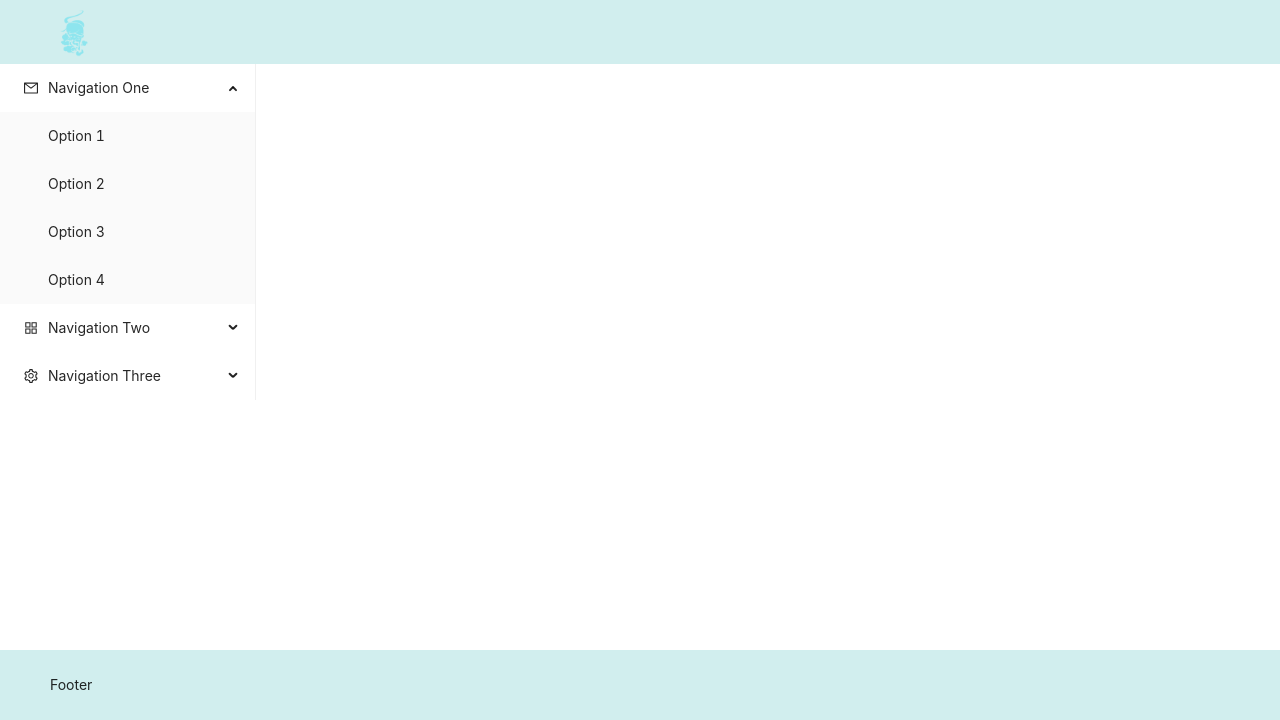
Repository: fangxueliang/react-redux-
Page: /
These files come from the project's save history. The page is drawn as it stood at one moment and after the next save; the edit follows.
The browser window is 1280 px wide. The pictures show the whole page.
The project was rebuilt for these pictures with package versions that can differ from the ones it lists, and the page was loaded fresh each time.

Above is the page before, as saved 2020-12-29 18:32:42.

### public/index.html
<!DOCTYPE html>
<html lang="en">
  <head>
    <meta charset="utf-8" />
    <meta name="theme-color" content="#000000" />
    <meta name="description" content="Web site created using create-react-app" />
    <title>React App</title>
  </head>
  <body>
    <div id="root"></div>
  </body>
</html>

### src/index.js
// 主入口文件
//主入口
import React from 'react';//引入react
import ReactDOM from 'react-dom';
import { Main } from './Pages';//引入Main文件

import 'antd/dist/antd.css'//antd样式
import './Common/CSS/layout.css'//布局样式

ReactDOM.render(
  <div style={{ width: '100%', height: '100%' }}>
    <Main />
  </div>,
  document.getElementById('root')
);

### src/Pages/index.js
import React, { useState } from 'react';
import { Layout } from 'antd'
import { MenuSider } from "./Menu/menu";
import { HeaderCommon } from "./Header/header";

const { Header, Footer, Content, Sider } = Layout
export const Main = () => {
    return (
        <Layout>
            <div className="Home_layout">
                {/* 头部header */}
                <Header> <HeaderCommon /> </Header>
                <Layout>
                    {/* 左侧导航Sider */}
                    <Sider>
                        <MenuSider />
                    </Sider>
                    {/* 主要内容Content */}
                    <Content> Content </Content>
                </Layout>
                {/* 底部footer */}
                <Footer> Footer </Footer>
            </div>
        </Layout>
    );
}

### src/Common/CSS/layout.css
/* 布局样式  */
.Home_layout .ant-layout-header {
    background: #D1EEEE;
}

.Home_layout .ant-layout-footer {
    position: fixed;
    bottom: 0;
    width: 100%;
    background: #D1EEEE;
}

.Home_layout .ant-layout-content {
    background: #fff;
}

.Home_layout .ant-layout-sider {
    background: #D1EEEE;
}

### src/Pages/Menu/menu.js
import { render } from '@testing-library/react';
import React, { useState, useEffect } from 'react';
import { Menu } from 'antd';
import { AppstoreOutlined, MailOutlined, SettingOutlined } from '@ant-design/icons';

const { SubMenu } = Menu;
const rootSubmenuKeys = ['sub1', 'sub2', 'sub4'];
export const MenuSider = () => {
    const [openKeys, setOpenKeys] = React.useState(['sub1']);
    const onOpenChange = keys => {
        const latestOpenKey = keys.find(key => openKeys.indexOf(key) === -1);
        if (rootSubmenuKeys.indexOf(latestOpenKey) === -1) {
            setOpenKeys(keys);
        } else {
            setOpenKeys(latestOpenKey ? [latestOpenKey] : []);
        }
    };
    return (
        <Menu mode="inline" openKeys={openKeys} onOpenChange={onOpenChange} style={{ width: 256 }}>
            <SubMenu key="sub1" icon={<MailOutlined />} title="Navigation One">
                <Menu.Item key="1">Option 1</Menu.Item>
                <Menu.Item key="2">Option 2</Menu.Item>
                <Menu.Item key="3">Option 3</Menu.Item>
                <Menu.Item key="4">Option 4</Menu.Item>
            </SubMenu>
            <SubMenu key="sub2" icon={<AppstoreOutlined />} title="Navigation Two">
                <Menu.Item key="5">Option 5</Menu.Item>
                <Menu.Item key="6">Option 6</Menu.Item>
                <SubMenu key="sub3" title="Submenu">
                    <Menu.Item key="7">Option 7</Menu.Item>
                    <Menu.Item key="8">Option 8</Menu.Item>
                </SubMenu>
            </SubMenu>
            <SubMenu key="sub4" icon={<SettingOutlined />} title="Navigation Three">
                <Menu.Item key="9">Option 9</Menu.Item>
                <Menu.Item key="10">Option 10</Menu.Item>
                <Menu.Item key="11">Option 11</Menu.Item>
                <Menu.Item key="12">Option 12</Menu.Item>
            </SubMenu>
        </Menu>
    )
}

### src/Pages/Header/header.js
import React, { useState } from 'react';
import logo from "../../Asset/img/logo.png";
import './header.css'

export const HeaderCommon = () => {
    return (
        <div className="header">
            <div className="header_item">
                <img src={logo} className="logo" />
            </div>
            <div className="header_item"></div>
            <div className="header_item"></div>
        </div>
    )
}

### src/Pages/Header/header.css
.header {
    display: flex;
    width: 100%;
    height: 100%;
    justify-content: space-between;
}

.header_item {
    display: inline-block;
}

.header_item .logo {
    width: 48px;
    height: 48px;
}

After the next save:
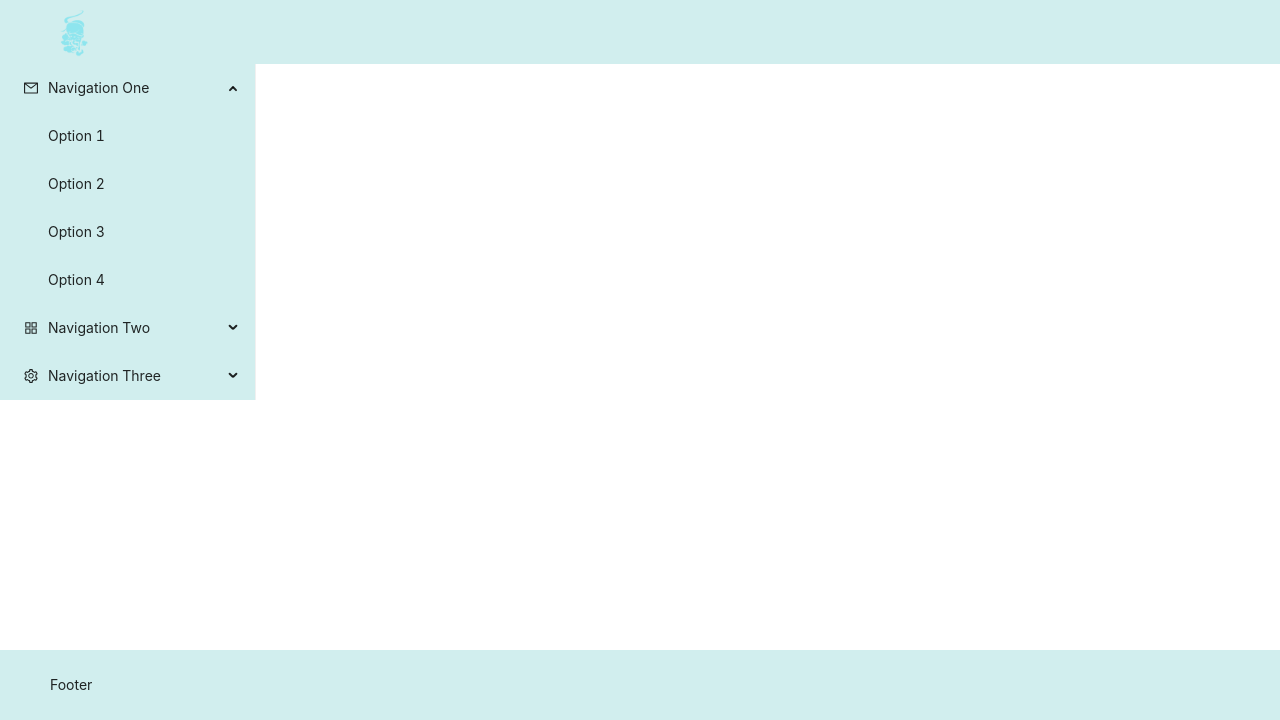
Saved 80 s later.
--- a/src/Common/CSS/layout.css
+++ b/src/Common/CSS/layout.css
@@ -14,6 +14,6 @@
     background: #fff;
 }
 
-.Home_layout .ant-layout-sider {
+.Home_layout .ant-layout-sider .ant-menu {
     background: #D1EEEE;
 }
